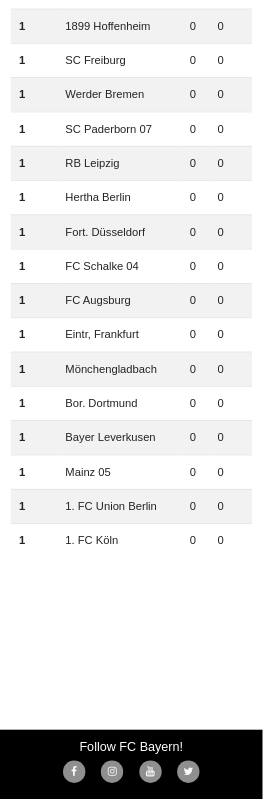
Repository: Code-Institute-Submissions/alnibo-milestone-project-1
Page: table.html
The author's editor kept a record of every edit. The page is drawn from the files as they stood at one moment, then again after the next edit.
The browser window is 375 px wide. The pictures show the part of the page from y = 489 to 2729 px (the page is 1631 px tall before and 2729 px after), at 70% of full size.
Backgrounds fixed to the window are drawn as part of the page. Some web fonts or font styles are not loaded; a fallback is used.

Above is the page before.

After the next edit:
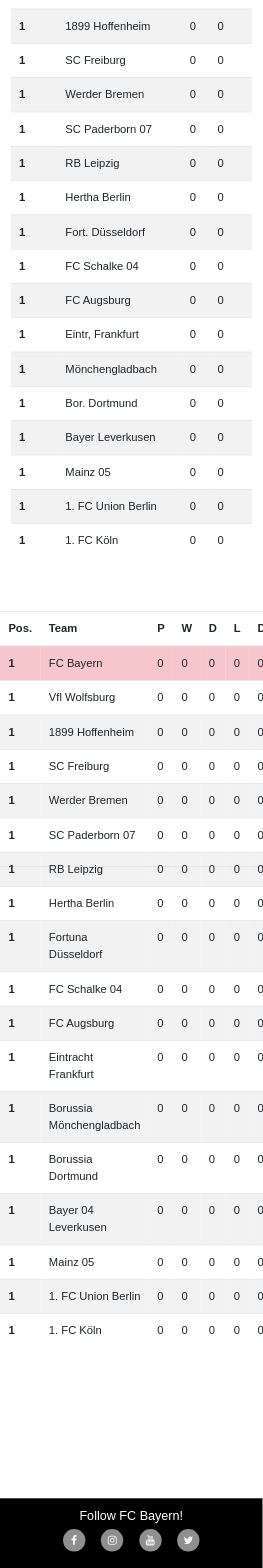
The edit:
--- a/assets/css/style.css
+++ b/assets/css/style.css
@@ -446,7 +446,7 @@
     .box-desktop {
         display: none;
     }
-    .table-desktop {
+    .fixtures-desktop {
         display: none;
     }
 }

After the edit that followed:
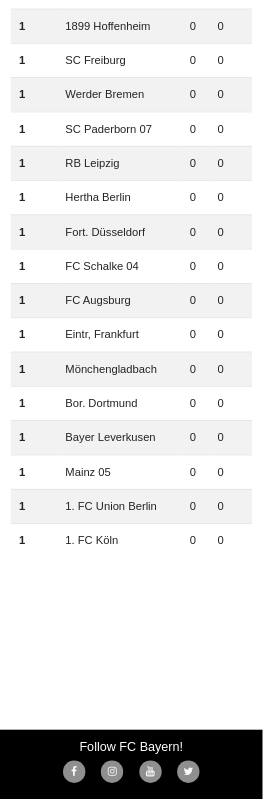
The edit:
--- a/assets/css/style.css
+++ b/assets/css/style.css
@@ -449,6 +449,9 @@
     .fixtures-desktop {
         display: none;
     }
+    .table-desktop {
+        display: none;
+    }
 }
 
 @media (min-width:554px) {
